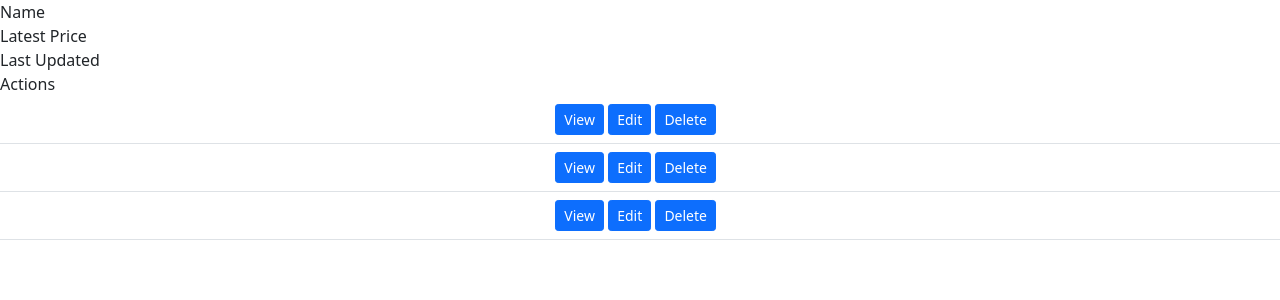
Repository: tHEO2k17/inventory-manager
Page: /
An editor plug-in stored every save of this project. The page is shown before and after the next save, followed by the edit.
The browser window is 1280 px wide. The pictures show the whole page.
The project was rebuilt for these pictures with package versions that can differ from the ones it lists, and the page was loaded fresh each time.

Above is the page before, as saved 2021-08-31 07:40:58.

### src/index.tsx
import React from 'react';
import ReactDOM from 'react-dom';
import './index.scss';
import App from './presentation/App';

ReactDOM.render(
  <React.StrictMode>
    <App />
  </React.StrictMode>,
  document.getElementById('root')
);

### src/presentation/App.tsx
import ProductsPage from './pages/ProductsPage';

export default function App() {
  return ( <ProductsPage/> );
}

### src/presentation/pages/ProductsPage.tsx
import { Component } from "react"
import { Table } from "react-bootstrap";
import { mock } from "../../core/mock";
import Product from "../components/Product";

export default class ProductsPage extends Component {
    constructor(props: any) {
        super(props);
    }

    render() {
        return (
            <>
                <Table>
                    <thead>
                        <tr>Name</tr>
                        <tr>Latest Price</tr>
                        <tr>Last Updated</tr>
                        <tr>Actions</tr>
                    </thead>
                    <tbody>
                        {
                            mock.products.map(product => <Product key={product.id} product={product} />)
                        }
                    </tbody>
                </Table>
            </>
        );
    }
}

### src/core/mock.ts
export const mock = {
    "products": [
        {
            "id": 1,
            "name": "Exforge 10mg",
            "prices": [
                {
                    "id": 1,
                    "price": 10.99,
                    "date": "2019-01-01T17:16:32+00:00"
                },
                {
                    "id": 2,
                    "price": 9.20,
                    "date": "2018-11-01T17:16:32+00:00"
                }
            ]
        },
        {
            "id": 2,
            "name": "Exforge 20mg",
            "prices": [
                {
                    "id": 3,
                    "price": 12.00,
                    "date": "2019-01-01T17:16:32+00:00"
                },
                {
                    "id": 4,
                    "price": 13.20,
                    "date": "2018-11-01T17:16:32+00:00"
                }
            ]
        },
        {
            "id": 3,
            "name": "Paracetamol 20MG",
            "prices": [
                {
                    "id": 5,
                    "price": 5.00,
                    "date": "2017-01-01T17:16:32+00:00"
                },
                {
                    "id": 6,
                    "price": 13.20,
                    "date": "2018-11-01T17:16:32+00:00"
                }
            ]
        }
    ]
};

### src/presentation/components/Product.tsx
import { Button } from "react-bootstrap"

const Product = (product: any) => {
    return (
        <tr>
            <td>{product.name}</td>
            <td>{product.name}</td>
            <td>{product.name}</td>
            <td><Button size="sm">View</Button> <Button size="sm">Edit</Button> <Button size="sm">Delete</Button></td>
        </tr>
    );

}

export default Product;

Loaded but not shown: public/index.html (common file); src/index.scss (common file)

After the next save:
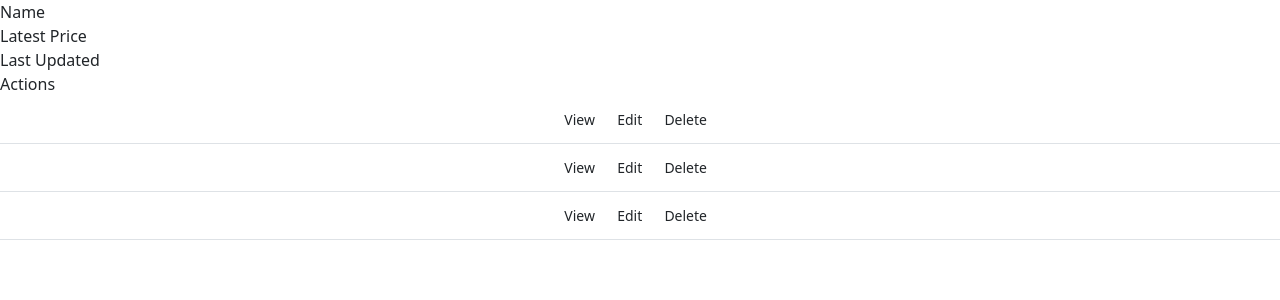
Saved 20 s later.
--- a/src/presentation/components/Product.tsx
+++ b/src/presentation/components/Product.tsx
@@ -6,7 +6,7 @@ const Product = (product: any) => {
             <td>{product.name}</td>
             <td>{product.name}</td>
             <td>{product.name}</td>
-            <td><Button size="sm">View</Button> <Button size="sm">Edit</Button> <Button size="sm">Delete</Button></td>
+            <td><Button size="sm" variant="outline-default">View</Button> <Button size="sm" variant="outline-default">Edit</Button> <Button size="sm" variant="outline-default">Delete</Button></td>
         </tr>
     );
 
